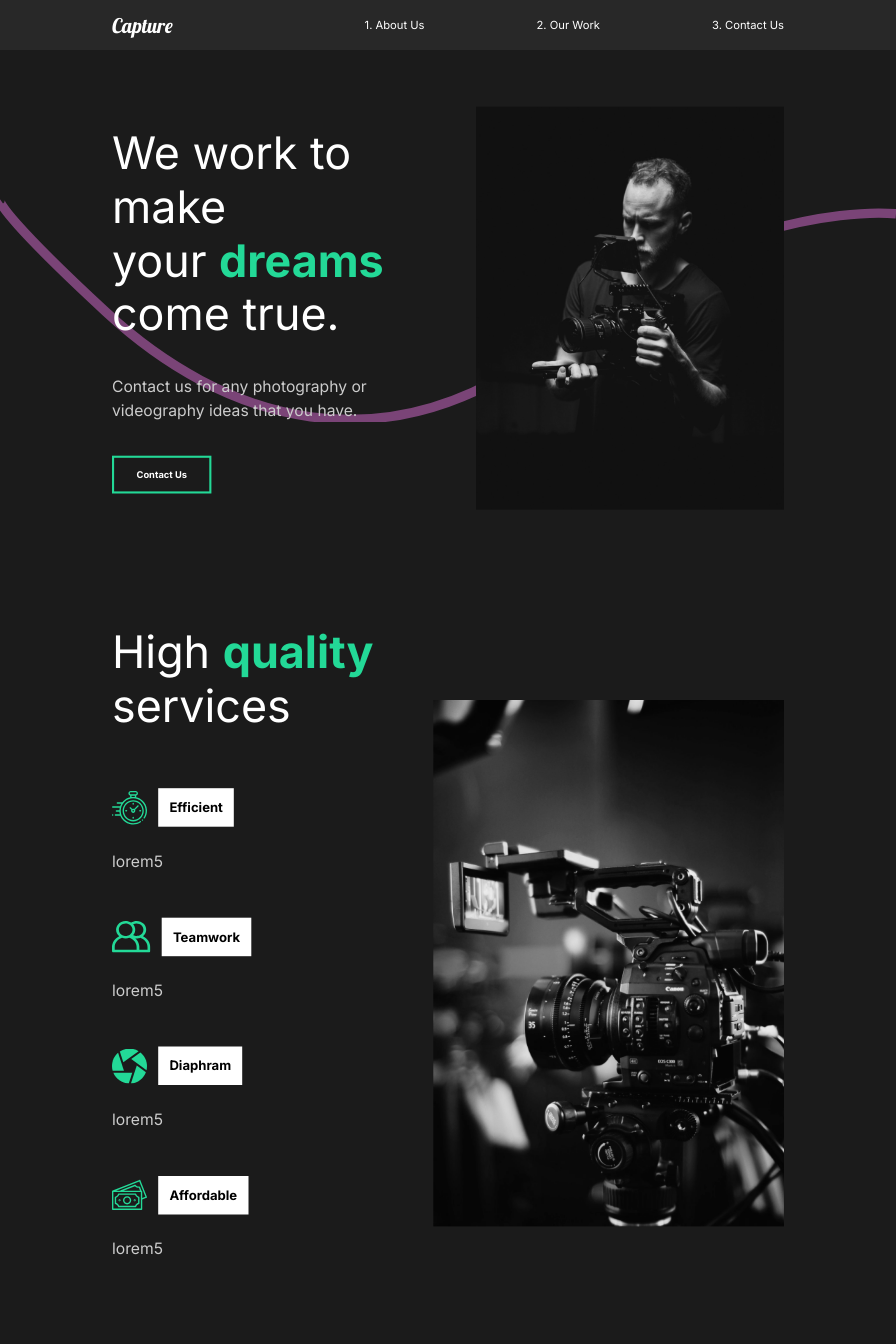
Repository: programmingwithlevi/capture
Page: /
These files come from the project's save history. The page is drawn as it stood at one moment and after the next save; the edit follows.
The browser window is 1280 px wide. The pictures show the part of the page from y = 0 to 1920 px (the page is 3023 px tall before and 2522 px after), at 70% of full size.
The project was rebuilt for these pictures with package versions that can differ from the ones it lists, and the page was loaded fresh each time. Also part of the build but not shown: src/pages/ContactUs.js, src/pages/OurWork.js, src/movieState.js, src/pages/movieDetail.js.

Above is the page before, as saved 2021-12-15 13:26:04.

After the next save:
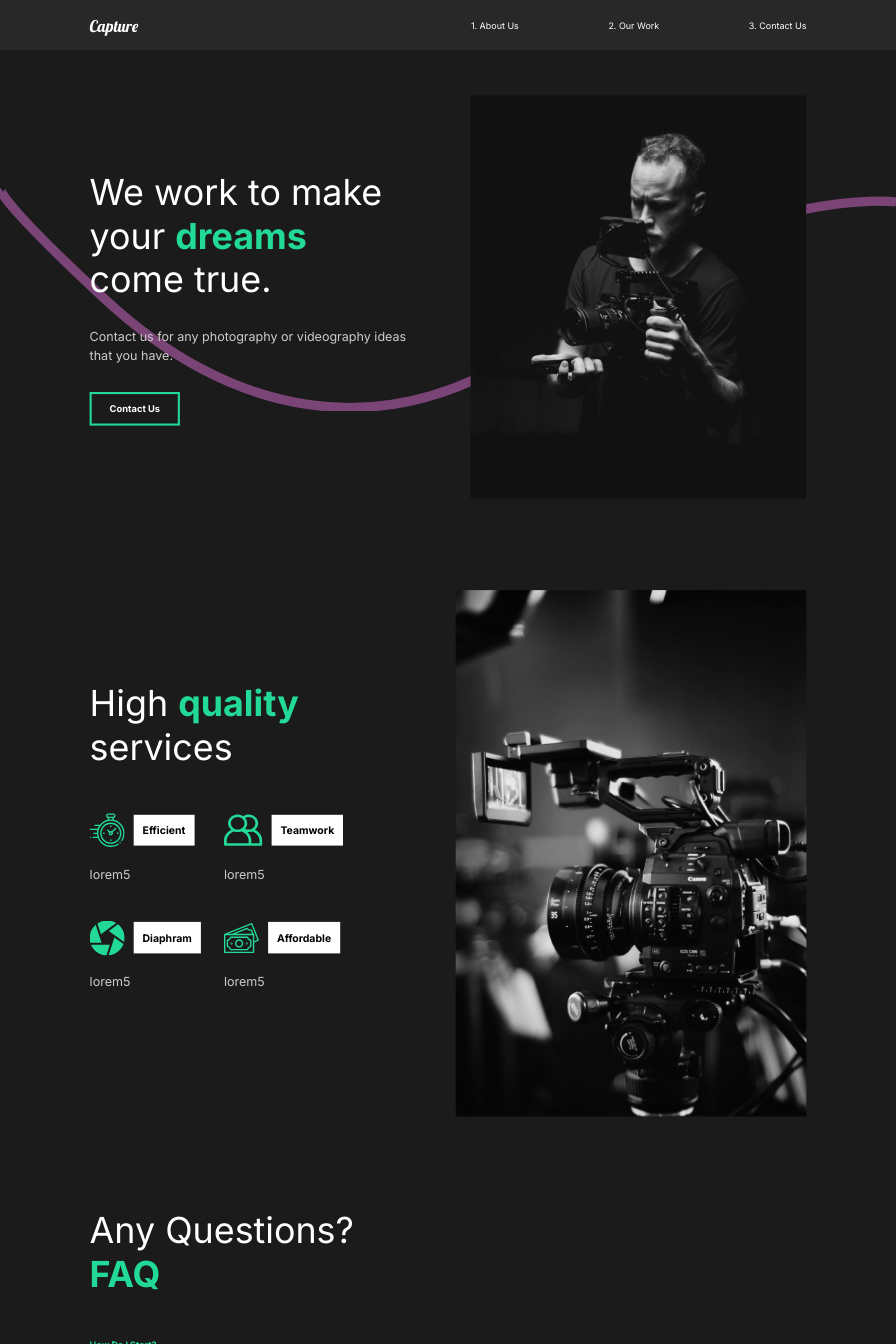
Saved 20 min 0 s later.
--- a/src/components/GlobalStyle.js
+++ b/src/components/GlobalStyle.js
@@ -5,6 +5,11 @@ const GlobalStyle = createGlobalStyle`
    margin: 0;
    padding: 0;
    box-sizing: border-box
+}
+html{
+    @media (max-width: 1500px){
+        font-size: 80%;
+    }
 }
 body{
     background: #1b1b1b;
